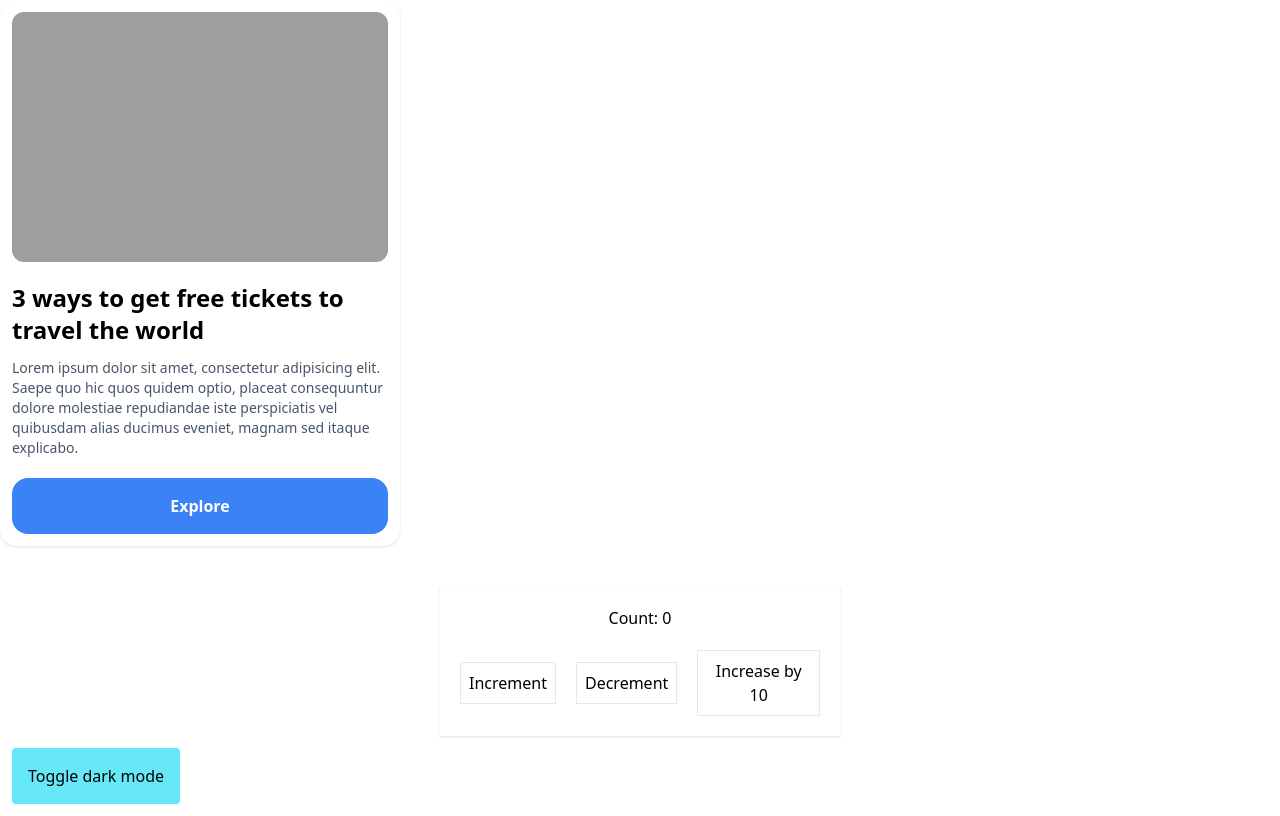
Repository: vophuocthanh/redux
Page: /
These files come from the project's save history. The page is drawn as it stood at one moment and after the next save; the edit follows.
The browser window is 1280 px wide. The pictures show the whole page.
Pictures or frames that could not be fetched are drawn as grey boxes. The project was rebuilt for these pictures with package versions that can differ from the ones it lists, and the page was loaded fresh each time. Also part of the build but not shown: src/App.css.

Above is the page before, as saved 2023-03-09 00:36:19.

### src/index.js
import React from "react";
import { createRoot } from "react-dom/client";
import App from "./App";
import reportWebVitals from "./reportWebVitals";
import "./index.css";
import { Provider } from "react-redux";
import store from "./redux-toolkit/configureStore";

const container = document.getElementById("root");
const root = createRoot(container);

root.render(
  <Provider store={store}>
    <App />
  </Provider>
);

// If you want to start measuring performance in your app, pass a function
// to log results (for example: reportWebVitals(console.log))
// or send to an analytics endpoint. Learn more: https://bit.ly/CRA-vitals
reportWebVitals();

### src/App.js
import React, { useEffect } from "react";
import { useDispatch, useSelector } from "react-redux";
import "./App.css";
import Card from "./components/Card";
import Counter from "./components/Counter";
import useDarkMode from "./hooks/useDarkMode";
import { toggleDarkMode } from "./redux-toolkit/globalSlice";

function App() {
  const globalOptions = useSelector((state) => state.global);
  console.log("App ~ globalOptions:", globalOptions);
  // const dispatch = useDispatch();
  // const [darkMode, setDarkMode] = useDarkMode();
  // useEffect(() => {
  //   dispatch(toggleDarkMode(darkMode));
  //   // eslint-disable-next-line react-hooks/exhaustive-deps
  // }, []);
  // const handleToggleDarkMode = () => {
  //   setDarkMode(!darkMode);
  //   dispatch(toggleDarkMode(!darkMode));
  // };
  return (
    <div>
      <Card></Card>
      <Counter></Counter>
      <SwitchDarkMode></SwitchDarkMode>
    </div>
  );
}

function SwitchDarkMode() {
  const dispatch = useDispatch();
  const [darkMode, setDarkMode] = useDarkMode();
  useEffect(() => {
    dispatch(toggleDarkMode(darkMode));
    // eslint-disable-next-line react-hooks/exhaustive-deps
  }, []);
  const handleToggleDarkMode = () => {
    setDarkMode(!darkMode);
    dispatch(toggleDarkMode(!darkMode));
  };
  return (
    <button
      className="p-4 m-3 rounded bg-cyan-300"
      onClick={handleToggleDarkMode}
    >
      Toggle dark mode
    </button>
  );
}

export default App;

### src/redux-toolkit/configureStore.js
import { configureStore, combineReducers } from "@reduxjs/toolkit";
import counterSlice from "./counterSlice";
import globalSlice from "./globalSlice";

const reducer = combineReducers({
  counter: counterSlice,
  global: globalSlice,
});

const store = configureStore({
  reducer,
});

export default store;

### src/components/Card.js
import React from "react";

const Card = () => {
  return (
    <div className="w-[400px] bg-white p-3 rounded-2xl shadow dark:bg-slate-900">
      <div className="card-image h-[250px] mb-5">
        <img
          src="https://cdn.dribbble.com/users/2400293/screenshots/16378193/media/e9ad5ebe9dd6822be9ee622c7465d9e5.png?compress=1&resize=1200x900&vertical=top"
          alt=""
          className="object-cover w-full h-full rounded-xl"
        />
      </div>
      <div className="card-content">
        <h3 className="mb-3 text-2xl font-bold card-title dark:text-white">
          3 ways to get free tickets to travel the world
        </h3>
        <p className="mb-5 text-sm text-slate-600 card-desc dark:text-slate-100">
          Lorem ipsum dolor sit amet, consectetur adipisicing elit. Saepe quo
          hic quos quidem optio, placeat consequuntur dolore molestiae
          repudiandae iste perspiciatis vel quibusdam alias ducimus eveniet,
          magnam sed itaque explicabo.
        </p>
        <a
          href="/#"
          className="block p-4 font-semibold text-center text-white bg-blue-500 card-details rounded-2xl"
        >
          Explore
        </a>
      </div>
    </div>
  );
};

export default Card;

### src/components/Counter.js
import React from "react";
import { useDispatch, useSelector } from "react-redux";
import {
  decrement,
  increment,
  incrementByValue,
} from "../redux-toolkit/counterSlice";
// import { decrement, increment, incrementByValue } from "../redux/counter";

const Counter = () => {
  const count = useSelector((state) => state.counter.count);
  const dispatch = useDispatch();
  const handleIncrement = () => {
    dispatch(increment());
  };
  const handleDecrement = () => {
    dispatch(decrement());
  };
  const handleIncrementByValue = () => {
    dispatch(incrementByValue({ value: 10 }));
  };

  return (
    <div className="flex flex-col items-center p-5 bg-white shadow w-[400px] mx-auto mt-10">
      <h2 className="mb-5">Count: {count}</h2>
      <div className="flex justify-center items-center gap-x-5">
        <button
          className="inline-block p-2 border border-gray-200"
          onClick={handleIncrement}
        >
          Increment
        </button>
        <button
          className="inline-block p-2 border border-gray-200"
          onClick={handleDecrement}
        >
          Decrement
        </button>
        <button
          className="inline-block p-2 border border-gray-200"
          onClick={handleIncrementByValue}
        >
          Increase by 10
        </button>
      </div>
    </div>
  );
};

export default Counter;

### src/hooks/useDarkMode.js
import { useEffect } from "react";
import useLocalStorage from "./useLocalStorage";
import useMedia from "./useMedia";

export default function useDarkMode() {
  // Use our useLocalStorage hook to persist state through a page refresh.
  // Read the recipe for this hook to learn more: usehooks.com/useLocalStorage
  const [enabledState, setEnabledState] = useLocalStorage("dark-mode-enabled");
  // See if user has set a browser or OS preference for dark mode.
  // The usePrefersDarkMode hook composes a useMedia hook (see code below).
  // const prefersDarkMode = usePrefersDarkMode();
  // If enabledState is defined use it, otherwise fallback to prefersDarkMode.
  // This allows user to override OS level setting on our website.
  const enabled = typeof enabledState !== "undefined" ? enabledState : false;
  // Fire off effect that add/removes dark mode class
  useEffect(
    () => {
      const className = "dark";
      const element = window.document.documentElement;
      if (enabled) {
        element.classList.add(className);
      } else {
        element.classList.remove(className);
      }
    },
    [enabled] // Only re-call effect when value changes
  );
  // Return enabled state and setter
  return [enabled, setEnabledState];
}
// Compose our useMedia hook to detect dark mode preference.
// The API for useMedia looks a bit weird, but that's because ...
// ... it was designed to support multiple media queries and return values.
// Thanks to hook composition we can hide away that extra complexity!
// Read the recipe for useMedia to learn more: usehooks.com/useMedia
function usePrefersDarkMode() {
  return useMedia(["(prefers-color-scheme: dark)"], [true], false);
}

### src/redux-toolkit/globalSlice.js
import { createSlice } from "@reduxjs/toolkit";

const globalSlice = createSlice({
  name: "global",
  initialState: {
    darkMode: false,
  },
  reducers: {
    toggleDarkMode: (state, { payload }) => {
      return {
        ...state,
        darkMode: payload,
      };
    },
  },
});
export const { toggleDarkMode } = globalSlice.actions;
export default globalSlice.reducer;

### src/redux-toolkit/counterSlice.js
import { createSlice } from "@reduxjs/toolkit";

const counterSlice = createSlice({
  name: "counter",
  initialState: {
    count: 0,
  },
  reducers: {
    increment: (state) => ({
      ...state,
      count: state.count + 1,
    }),
    decrement: (state) => ({
      ...state,
      count: state.count - 1,
    }),
    incrementByValue: (state, { payload }) => {
      return {
        ...state,
        count: state.count + payload.value,
      };
    },
  },
});
export const { increment, decrement, incrementByValue } = counterSlice.actions;
export default counterSlice.reducer;

### src/hooks/useLocalStorage.js
import { useState } from "react";

export default function useLocalStorage(key, initialValue) {
  // State to store our value
  // Pass initial state function to useState so logic is only executed once
  const [storedValue, setStoredValue] = useState(() => {
    if (typeof window === "undefined") {
      return initialValue;
    }
    try {
      // Get from local storage by key
      const item = window.localStorage.getItem(key);
      // Parse stored json or if none return initialValue
      return item ? JSON.parse(item) : initialValue;
    } catch (error) {
      // If error also return initialValue
      console.log(error);
      return initialValue;
    }
  });
  // Return a wrapped version of useState's setter function that ...
  // ... persists the new value to localStorage.
  const setValue = (value) => {
    try {
      // Allow value to be a function so we have same API as useState
      const valueToStore =
        value instanceof Function ? value(storedValue) : value;
      // Save state
      setStoredValue(valueToStore);
      // Save to local storage
      if (typeof window !== "undefined") {
        window.localStorage.setItem(key, JSON.stringify(valueToStore));
      }
    } catch (error) {
      // A more advanced implementation would handle the error case
      console.log(error);
    }
  };
  return [storedValue, setValue];
}

### src/hooks/useMedia.js
import { useEffect, useState } from "react";

export default function useMedia(queries, values, defaultValue) {
  // Array containing a media query list for each query
  const mediaQueryLists = queries.map((q) => window.matchMedia(q));
  // Function that gets value based on matching media query
  const getValue = () => {
    // Get index of first media query that matches
    const index = mediaQueryLists.findIndex((mql) => mql.matches);
    // Return related value or defaultValue if none
    return typeof values[index] !== "undefined" ? values[index] : defaultValue;
  };
  // State and setter for matched value
  const [value, setValue] = useState(getValue);
  useEffect(
    () => {
      // Event listener callback
      // Note: By defining getValue outside of useEffect we ensure that it has ...
      // ... current values of hook args (as this hook callback is created once on mount).
      const handler = () => setValue(getValue);
      // Set a listener for each media query with above handler as callback.
      mediaQueryLists.forEach((mql) => mql.addListener(handler));
      // Remove listeners on cleanup
      return () =>
        mediaQueryLists.forEach((mql) => mql.removeListener(handler));
    },
    [] // Empty array ensures effect is only run on mount and unmount
  );
  return value;
}

Loaded but not shown: public/index.html (common file); src/reportWebVitals.js (common file); src/index.css (common file); tailwind.config.js (common file)

After the next save:
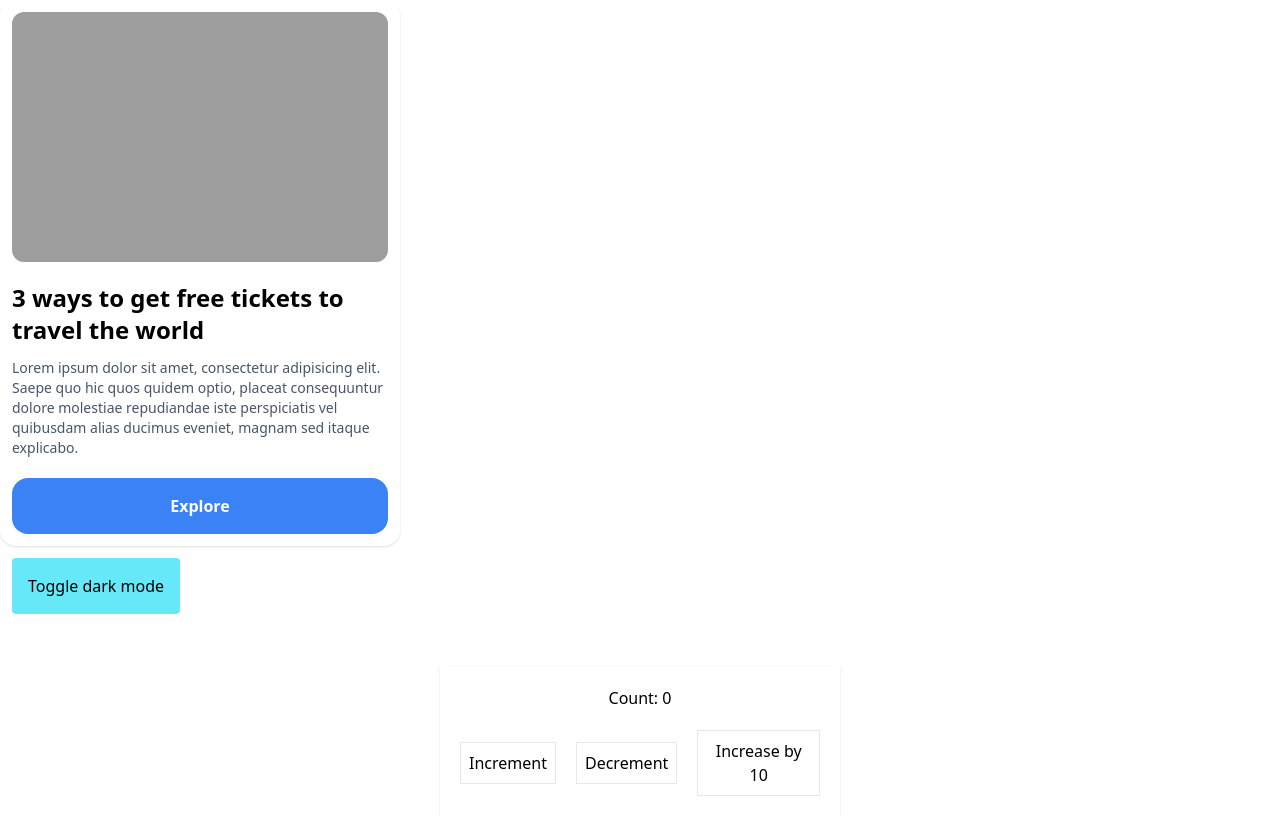
Saved 8 s later.
--- a/src/App.js
+++ b/src/App.js
@@ -22,8 +22,8 @@ function App() {
   return (
     <div>
       <Card></Card>
+      <SwitchDarkMode></SwitchDarkMode>
       <Counter></Counter>
-      <SwitchDarkMode></SwitchDarkMode>
     </div>
   );
 }
